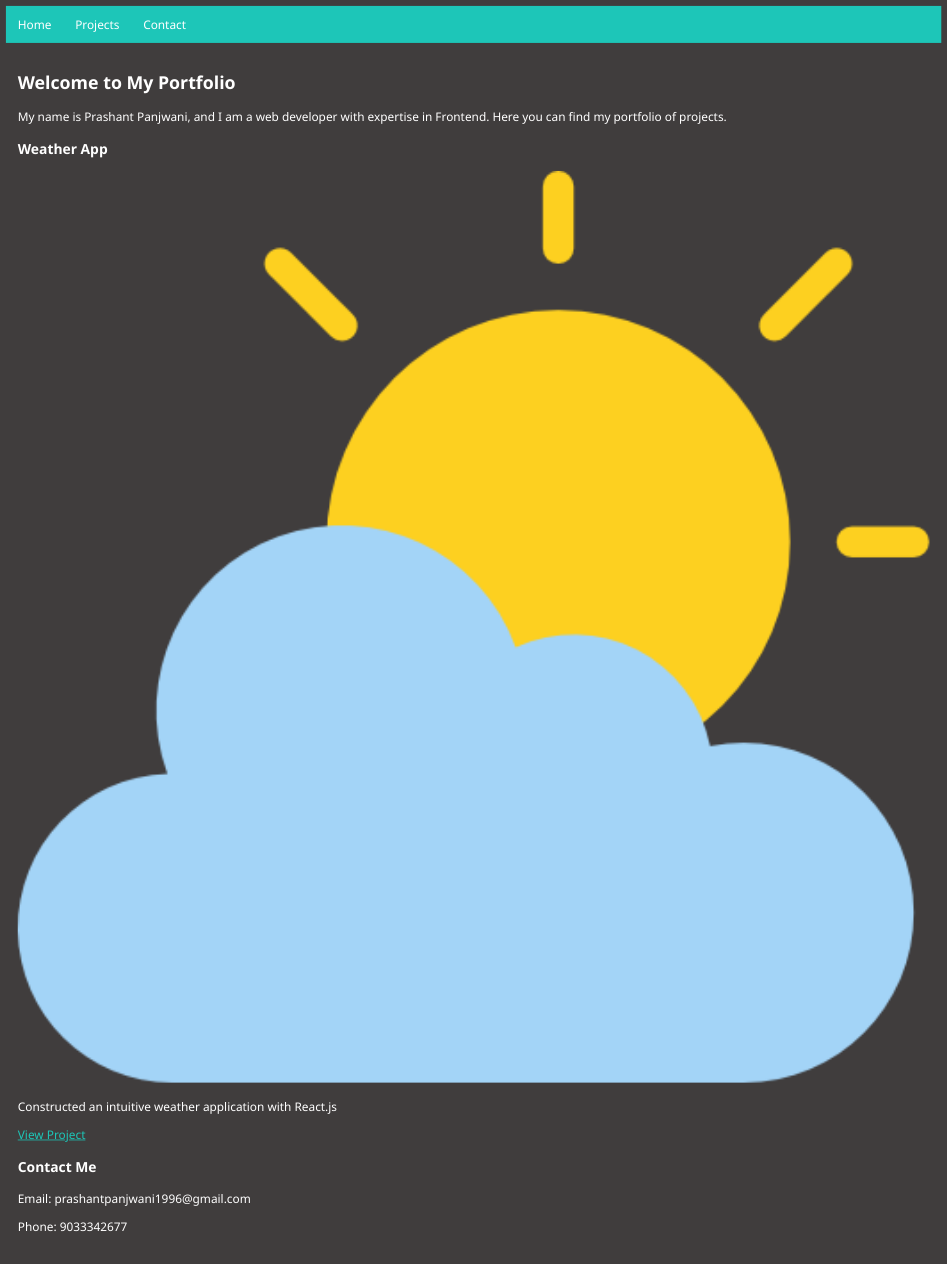
Repository: PrashantPanjwani/JSProjects
Page: index.html
The author's editor kept a copy of each file at every save. The page is drawn from the files as they stood at one save, then again after the next save.
The browser window is 1280 px wide. The pictures show the whole page, at 74% of full size.

Above is the page before, as saved 2024-07-10 19:53:35.

After the next save:
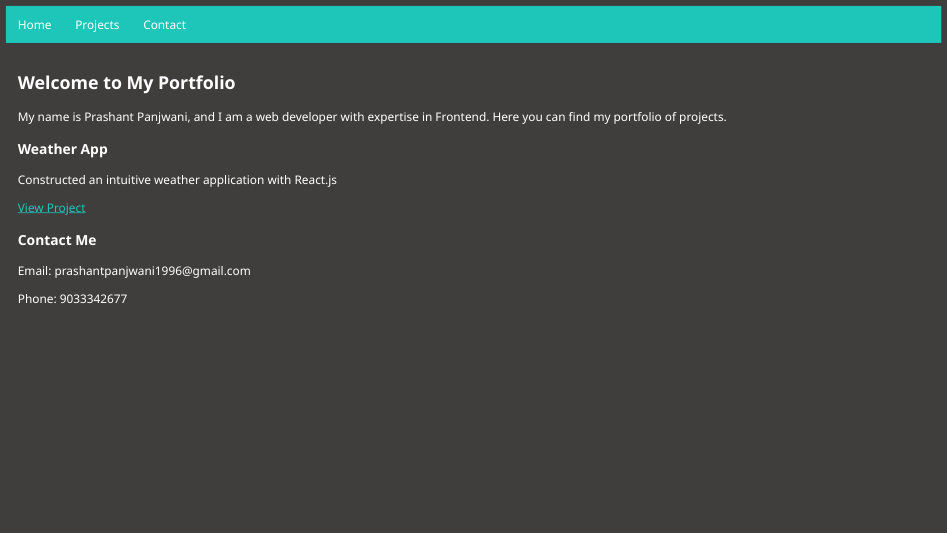
Saved 8 s later.
--- a/index.html
+++ b/index.html
@@ -20,7 +20,7 @@
   <!-- Projects Section -->
   <section id="projects" class="project">
     <h3>Weather App</h3>
-    <img src="cloudy.png" height="10px" alt="Project Image">
+
     <p>Constructed an intuitive weather application with React.js</p>
     <a href="https://github.com/PrashantPanjwani/PrashantPanjwani.github.io/blob/9f5d40b0ba50882d6ae7f46e3d4b5b779f09a452/Weather%20App/index.html" target="_blank">View Project</a>
     <!-- Repeat for each project -->
